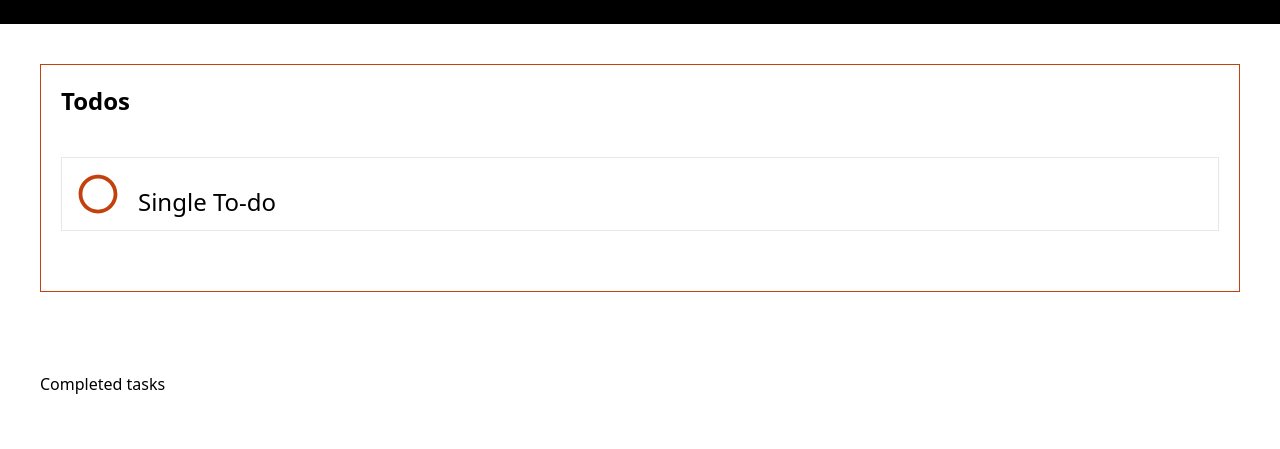
Repository: thekingisherenow/personalTodo
Page: /
An editor plug-in stored every save of this project. The page is shown before and after the next save, followed by the edit.
The browser window is 1280 px wide. The pictures show the whole page.
The project was rebuilt for these pictures with package versions that can differ from the ones it lists, and the page was loaded fresh each time. The framework's server and built-in components were replaced by stand-ins that run in the browser. Also part of the build but not shown: next.config.js, styles/Home.module.css.

Above is the page before, as saved 2022-12-15 17:12:04.

### pages/index.js
import Head from 'next/head'
import Image from 'next/image'
import Completed from '../components/Completed'
import Todos from '../components/Todos'
import styles from '../styles/Home.module.css'

export default function Home() {
  return (
    <div>
      <Head>
        <title>Create Next App</title>
        <meta name="description" content="To-do App" />
        <link rel="icon" href="/favicon.ico" />
      </Head>

     <div className='bg-white'>
      <h1 className='bg-black'>Completed --Tasks</h1>
      <Todos/>
      <Completed />
     </div>
    </div>
  )
}

### components/Completed.js
import React from 'react'

function Completed() {
  return (
    <div className='p-10'>
      Completed tasks
    </div>
  )
}

export default Completed

### components/Todos.js
import React from 'react'
import Todo from './Todo'

function Todos() {
  return (
    <div className='p-5 m-10 border border-orange-700'>
      <h1 className='font-bold text-2xl'>Todos</h1>

        <Todo />

    </div>
  )
}

export default Todos

### components/Todo.js
import React, { useState } from 'react'
import { CheckCircleIcon } from '@heroicons/react/24/outline'
import { FaRegCircle ,FaRegCheckCircle } from 'react-icons/fa';

function Todo() {
    const [check, setCheck] = useState(false)

  return (
    <div className='border  p-3 my-10 flex'>
        <div
         className=' w-12 h-12 flex justify-center items-center' onMouseEnter={()=>setCheck(true)}  onMouseLeave={()=>setCheck(false)} >

        { check?

<FaRegCheckCircle
className=' text-orange-700 w-10 h-10 ' /> :
<FaRegCircle className='w-10 text-orange-700 h-10' />
}
</div>

      <span className='text-center h-10 text-2xl p-4 '>Single To-do</span>
    </div>
  )
}

export default Todo

Loaded but not shown: pages/_app.js (common file); styles/globals.css (common file); tailwind.config.js (common file)

After the next save:
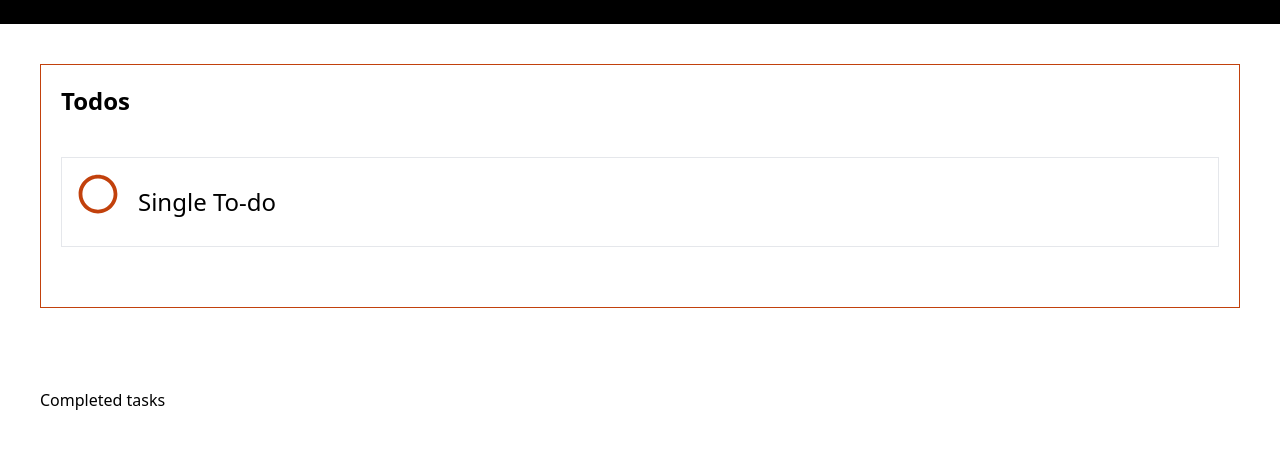
Saved 8 s later.
--- a/components/Todo.js
+++ b/components/Todo.js
@@ -18,7 +18,7 @@ className=' text-orange-700 w-10 h-10 ' /> :
 }
 </div>
 
-      <span className='text-center h-10 text-2xl p-4 '>Single To-do</span>
+      <span className='text-center  text-2xl p-4 '>Single To-do</span>
     </div>
   )
 }
